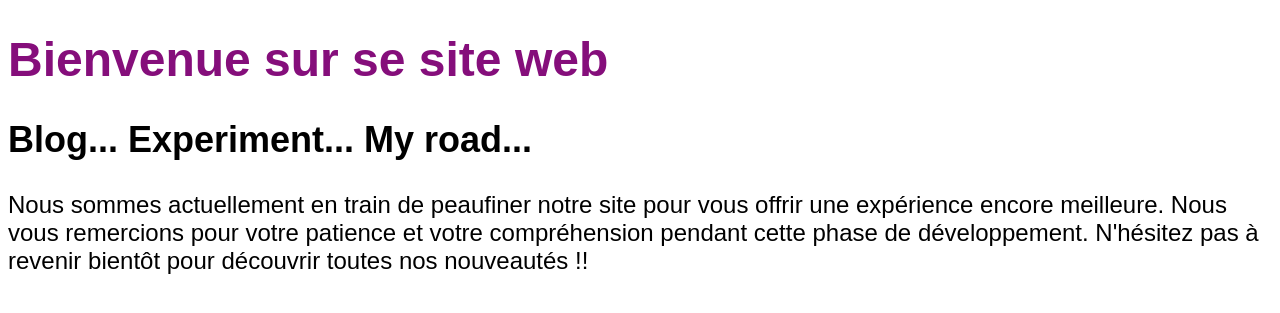
Repository: ValetteEvan/PersonalWebApp
Page: index.html
An editor plug-in stored every save of this project. The page is shown before and after the next save, followed by the edit.
The browser window is 1280 px wide. The pictures show the whole page.

Above is the page before, as saved 2025-01-07 17:44:33.

After the next save:
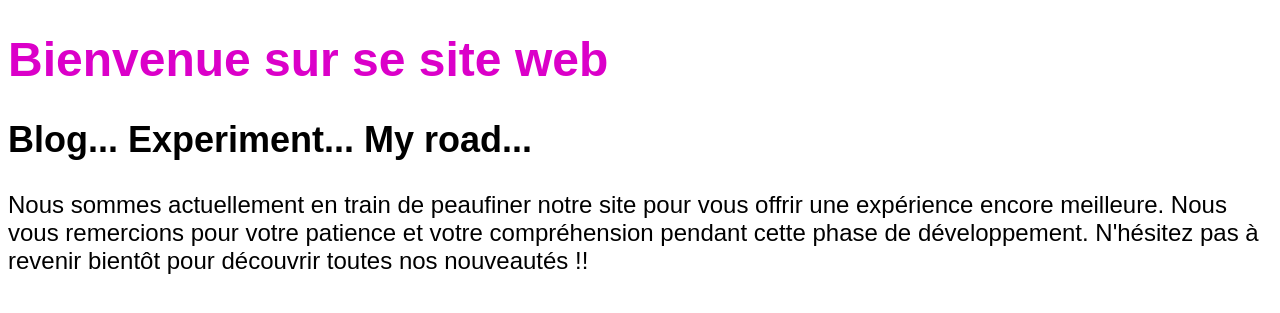
Saved 4 s later.
--- a/style.css
+++ b/style.css
@@ -1,5 +1,5 @@
 h1 {
-    color: rgb(133, 14, 123);
+    color: rgb(219, 0, 201);
 }
 .webGlobal{
     font-size: 1.5em;
